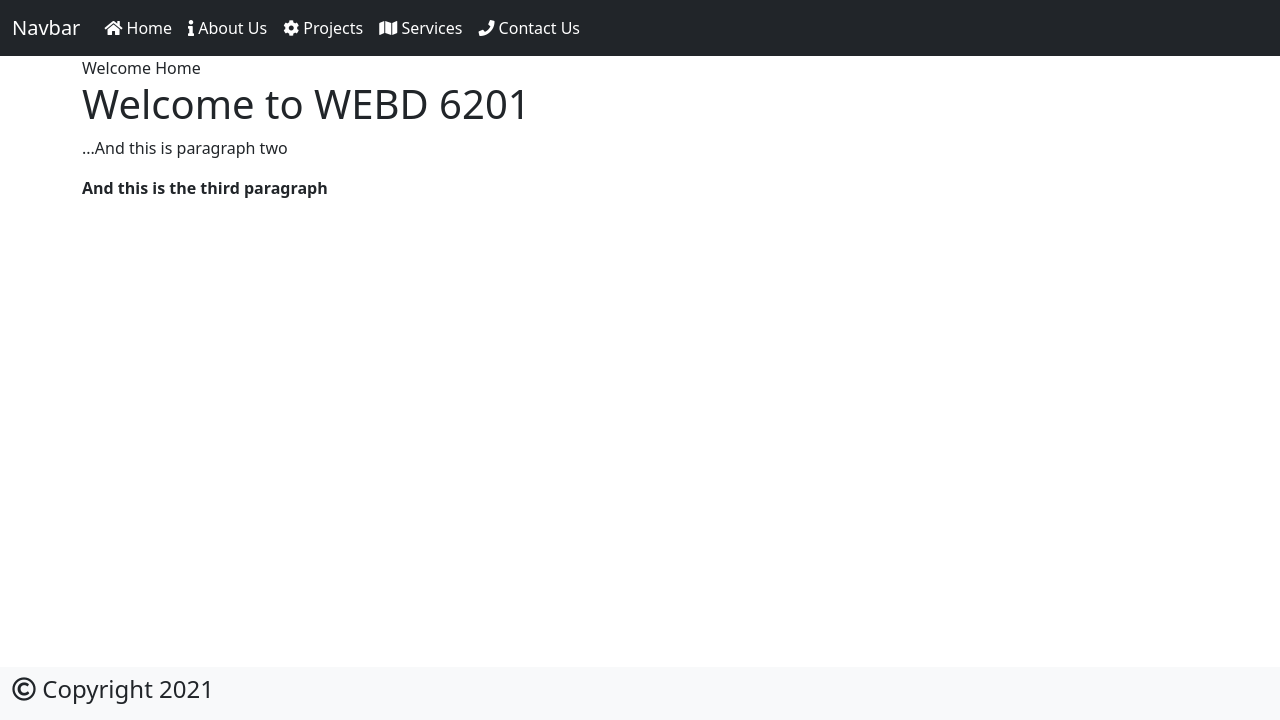
Repository: spencernewellevans/WEBD6201-ICE01
Page: index.html
An editor plug-in stored every save of this project. The page is shown before and after the next save, followed by the edit.
The browser window is 1280 px wide. The pictures show the whole page.

Above is the page before, as saved 2021-01-22 18:53:31.

### index.html
<!DOCTYPE html>
<html lang="en">
<head>
    <meta charset="UTF-8">
    <meta name="viewport" content="width=device-width, initial-scale=1.0">
    <title>WEBD6201 - ICE01</title>
    <!-- CSS Section-->
    <link rel="stylesheet" href="./node_modules/bootstrap/dist/css/bootstrap.min.css">
    <link rel="stylesheet" href="./node_modules/@fortawesome/fontawesome-free/css/all.min.css">
    <link rel="stylesheet" href="./Content/app.css">
</head>
<body>
    <header>
        <nav class="navbar navbar-expand-lg navbar-dark bg-dark">
            <div class="container-fluid">
              <a class="navbar-brand" href="#">Navbar</a>
              <button class="navbar-toggler" type="button" data-bs-toggle="collapse" data-bs-target="#navbarSupportedContent" aria-controls="navbarSupportedContent" aria-expanded="false" aria-label="Toggle navigation">
                <span class="navbar-toggler-icon"></span>
              </button>
              <div class="collapse navbar-collapse" id="navbarSupportedContent">
                <ul class="navbar-nav me-auto mb-2 mb-lg-0">
                  <li class="nav-item">
                    <a class="nav-link active" aria-current="page" href="#"><i class="fas fa-home fa-large"></i> Home</a>
                  </li>

                  <li class="nav-item">
                    <a class="nav-link active" aria-current="page" href="#"><i class="fas fa-info fa-large"></i> About Us</a>
                  </li>

                  <li class="nav-item">
                    <a class="nav-link active" aria-current="page" href="#"><i class="fas fa-cog fa-large"></i> Projects</a>
                  </li>

                  <li class="nav-item">
                    <a class="nav-link active" aria-current="page" href="#"><i class="fas fa-map fa-large"></i> Services</a>
                  </li>

                  <li class="nav-item">
                    <a class="nav-link active" aria-current="page" href="#"><i class="fas fa-phone fa-large"></i> Contact Us</a>
                  </li>
                </ul>
              </div>
            </div>
          </nav>
    </header>

    <main class="container">
        <h1>Welcome to WEBD 6201</h1>
        <p id="paragraphOne"></p>
    </main>

    <footer>
        <nav class="navbar fixed-bottom navbar-light bg-light">
            <div class="container-fluid">
              <h4><i class="far fa-copyright fa-large"></i> Copyright 2021</h4>
            </div>
          </nav>
    </footer>

    <!-- Script Section -->
    <script src="./node_modules/jquery/dist/jquery.min.js"></script>
    <script src="./node_modules/bootstrap/dist/js/bootstrap.bundle.min.js"></script>
    <script src="./Scripts/app.js"></script>
</body>
</html>

### content/app.css
/* Custom CSS goes here */

### scripts/app.js
/* Custom JavaScript goes here */

// IIFE - Immediately Invoked Function Expression
// Anonymous self-executing expression
// limits scope leak

"use strict";

(function()
{

    function Start()
    {
        console.log("App Started...");

        let paragraphOneText = "This is a simple site to demonstrate DOM manipulation for ICE 1";

        let paragraphOneElement = document.getElementById("paragraphOne");

        paragraphOneElement.textContent = paragraphOneText;
        paragraphOneElement.className = "fs-5"

        // CREATION
        // Step 1. create the element
        let newParagraph = document.createElement("p");
        // Step 2. configure the element
        newParagraph.setAttribute("id","paragraphTwo");
        newParagraph.textContent = "...And this is paragraph two"
        // Step 3. select parent element
        let mainContent = document.getElementsByTagName("main")[0];
        // Step 3. insert the element
        mainContent.appendChild(newParagraph);
        newParagraph.className = "fs-6";

        let paragraphDiv = document.createElement("div");
        let paragraphThree =  `<p id="paragraphThree" class="fs-7 fw-bold">And this is the third paragraph</p>`;
        paragraphDiv.innerHTML = paragraphThree;

        // INSERTION
        // insertion before a node example
        //newParagraph.before(paragraphDiv);

        // insertion after a node example
        newParagraph.after(paragraphDiv);

        // DELETION
        // example of removing a single element
        //paragraphOneElement.remove();

        // removeChild example
        mainContent.removeChild(paragraphOneElement);

        // MODIFICATION
        mainContent.firstChild.textContent = "Welcome Home"

    }

    window.addEventListener("load", Start);

})();

Loaded but not shown: node_modules/bootstrap/dist/css/bootstrap.min.css (library); node_modules/@fortawesome/fontawesome-free/css/all.min.css (library); node_modules/jquery/dist/jquery.min.js (library); node_modules/bootstrap/dist/js/bootstrap.bundle.min.js (library)

After the next save:
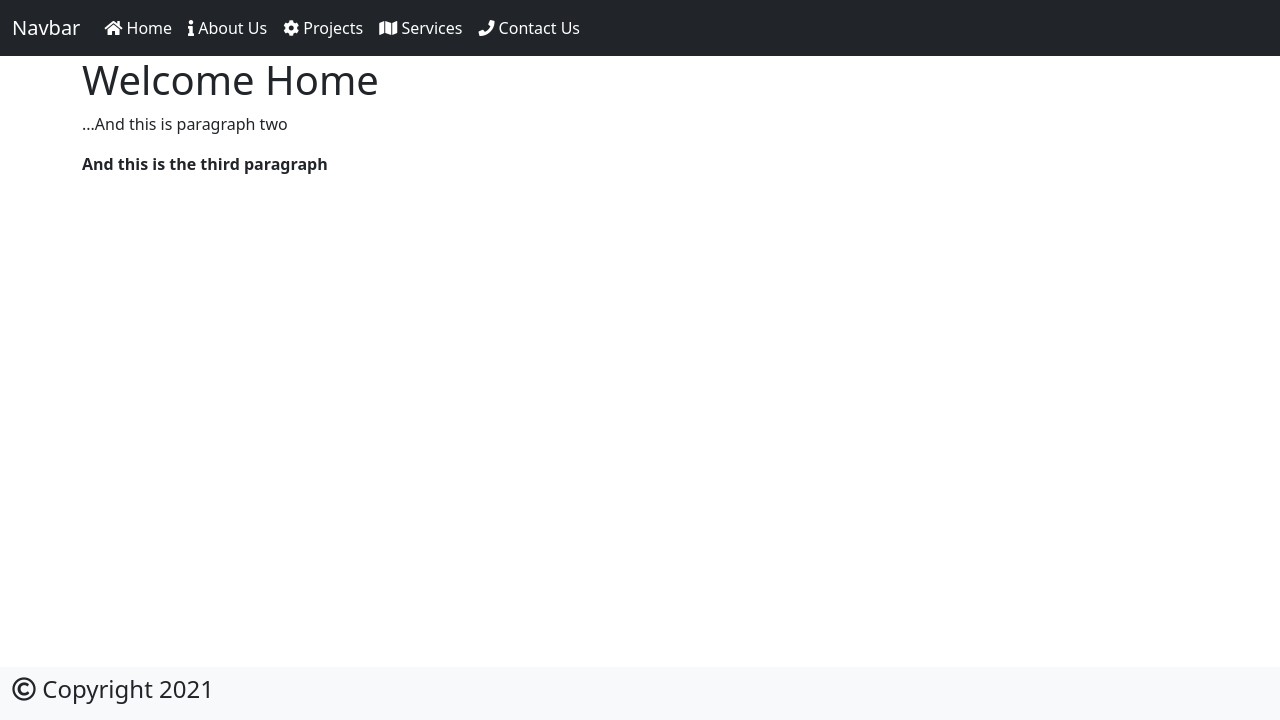
Saved 59 s later.
--- a/scripts/app.js
+++ b/scripts/app.js
@@ -51,7 +51,7 @@
         mainContent.removeChild(paragraphOneElement);
 
         // MODIFICATION
-        mainContent.firstChild.textContent = "Welcome Home"
+        mainContent.firstElementChild.textContent = "Welcome Home"
 
     }
 
